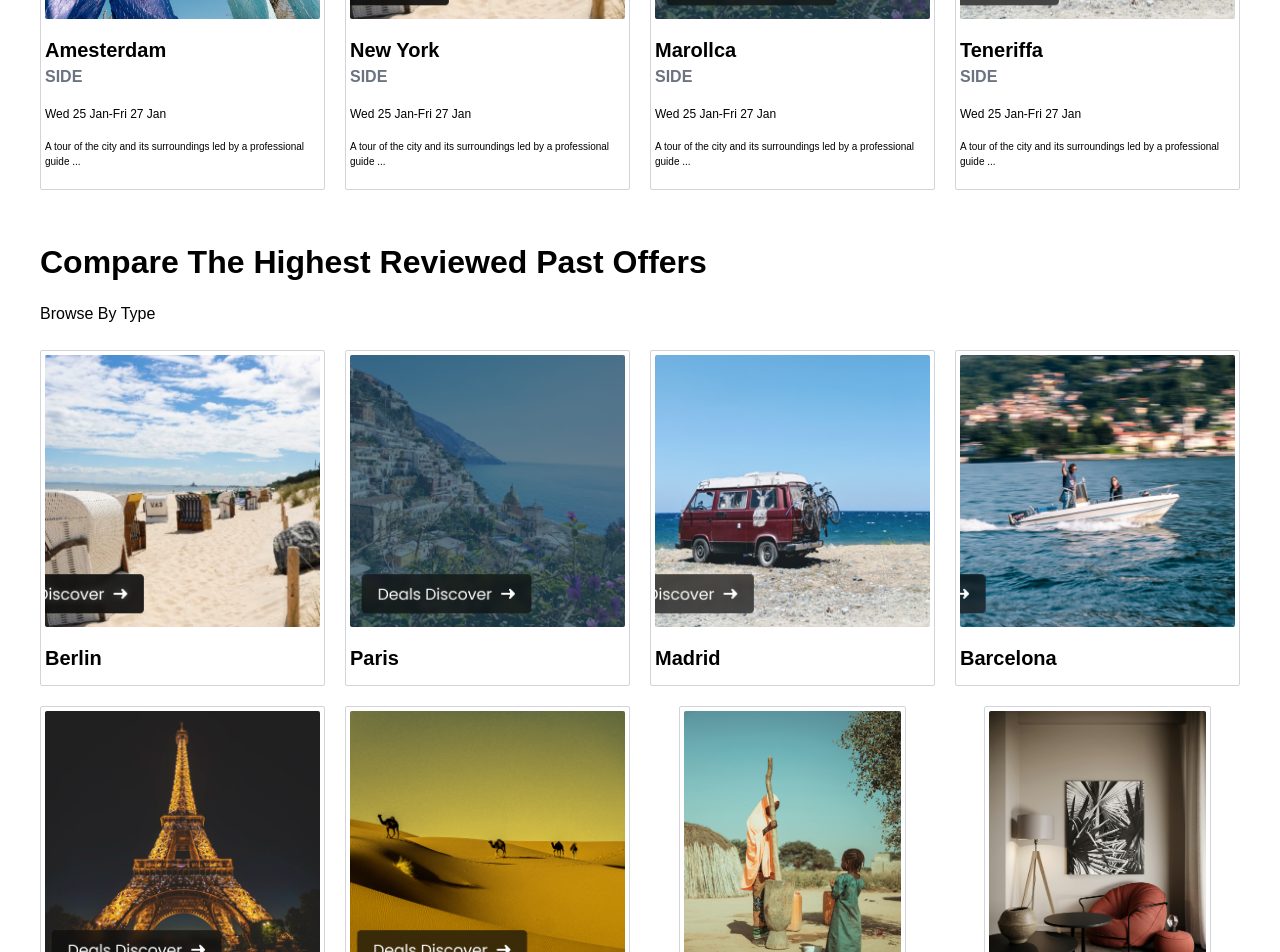
Repository: Quynhhuong150322/DIKO_STUDY_TRAVEL_WEB
Page: /
These files come from the project's save history. The page is drawn as it stood at one moment and after the next save; the edit follows.
The browser window is 1280 px wide. The pictures show the part of the page from y = 2886 to 3838 px (the page is 4702 px tall before and 4862 px after).
The project was rebuilt for these pictures with package versions that can differ from the ones it lists, and the page was loaded fresh each time. Also part of the build but not shown: src/components/Login.js, src/components/Register.js. Imported but missing from the stored project, and not drawn on this page: src/redux/slices/authSlice.

Above is the page before, as saved 2024-02-23 12:00:02.

After the next save:
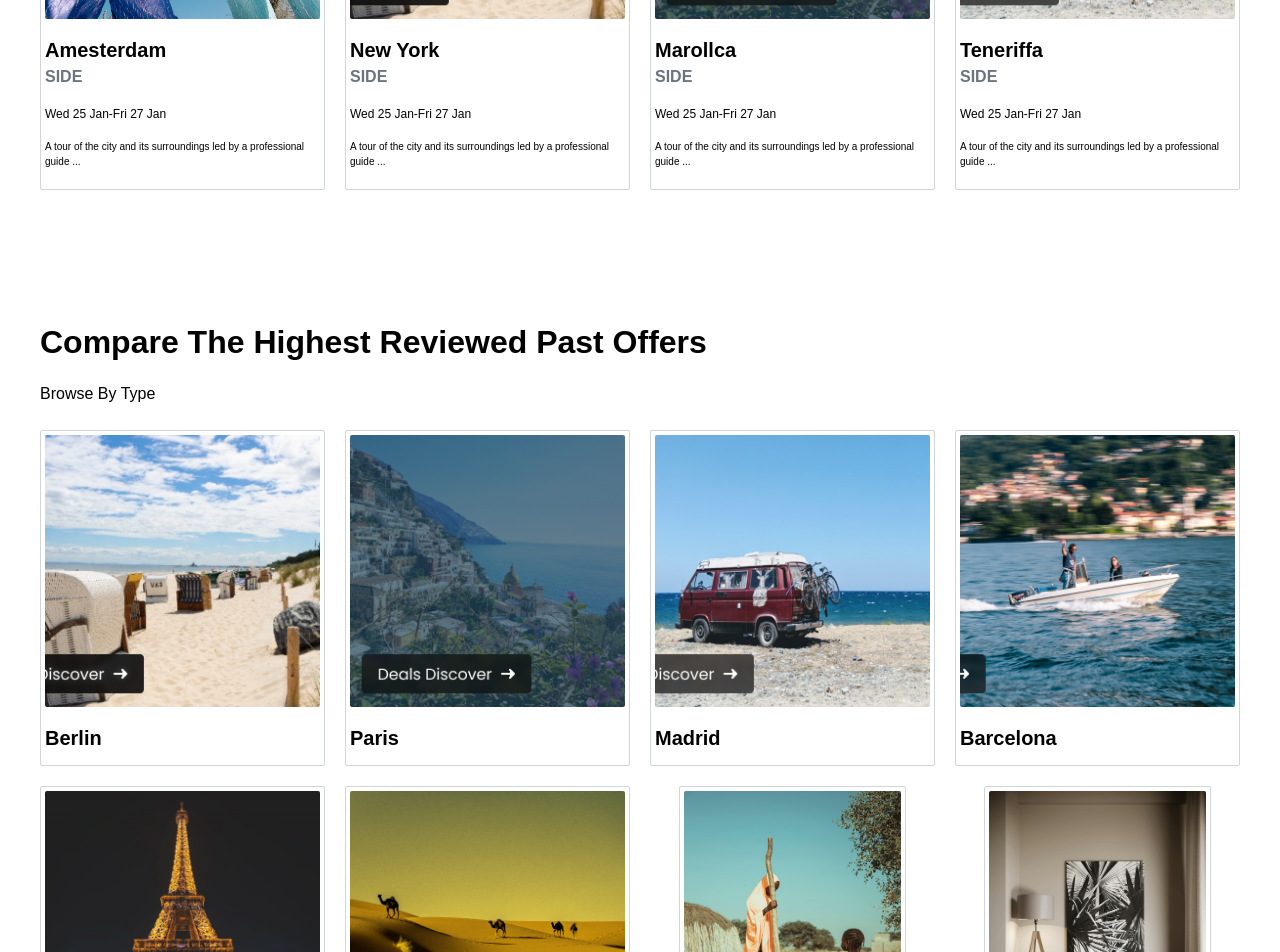
Saved 83 s later.
--- a/src/pages/LangdingPage/Langding.js
+++ b/src/pages/LangdingPage/Langding.js
@@ -290,7 +290,7 @@ const Langding = () => {
           }
         </div>
       </div>
-      <div className='max-container '>
+      <div className='max-container py-20'>
         <div className='flex flex-col gap-4 py-6'>
           <h2 className='text-2xl font-bold'>Compare The Highest Reviewed Past Offers </h2>
           <p>Browse By Type</p>
